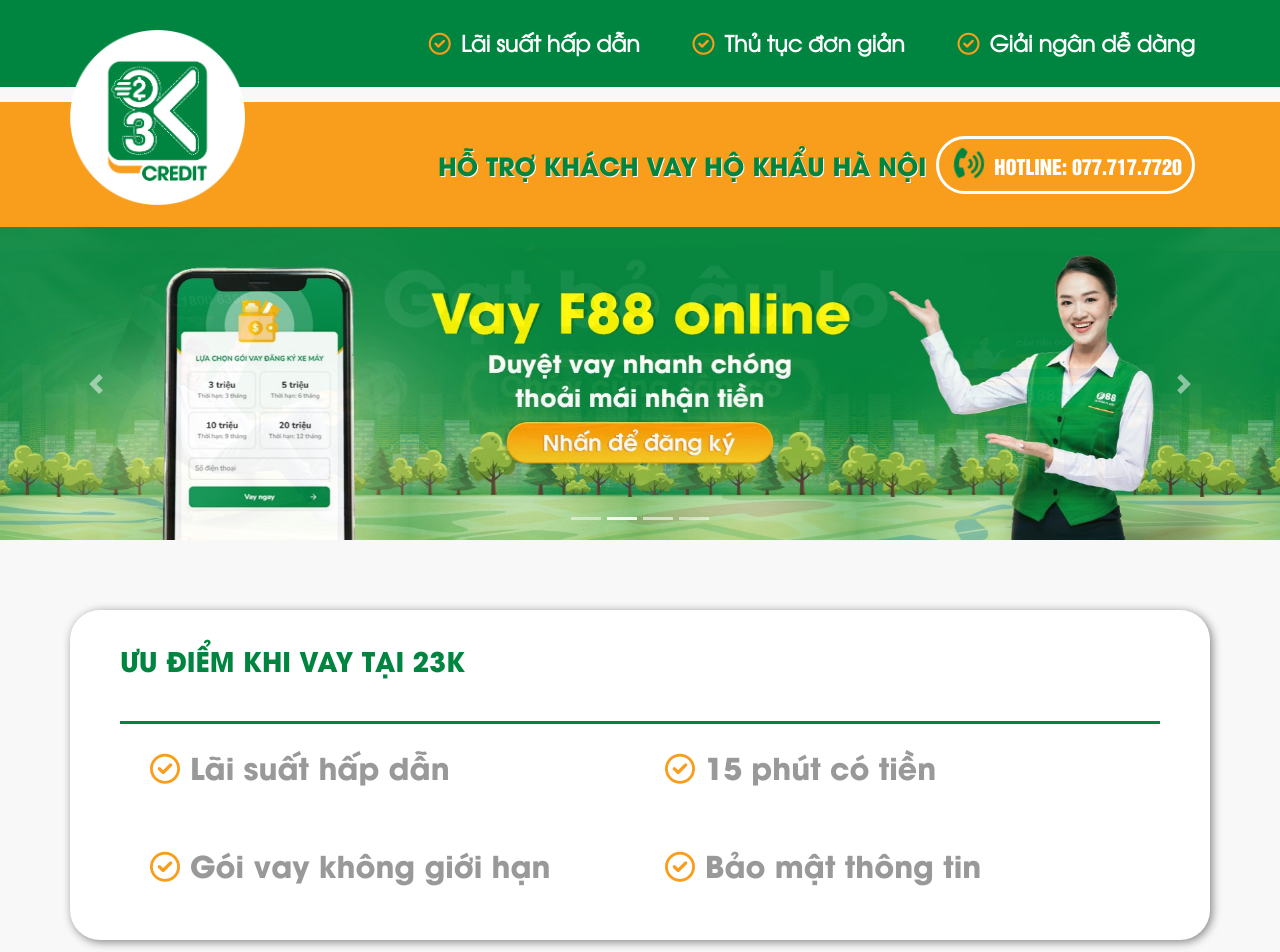
Repository: anhtu2110/23k.vn
Page: theme/index.html
These files come from the project's save history. The page is drawn as it stood at one moment and after the next save; the edit follows.
The browser window is 1280 px wide. The pictures show the part of the page from y = 0 to 952 px (the page is 1984 px tall).
A picture or video elsewhere on the page could not be fetched, so the positions and the page height are approximate.

Above is the page before, as saved 2022-12-29 21:33:19.

### theme/index.html
<!DOCTYPE html>
<html lang="en">

<head>
    <meta charset="UTF-8">
    <meta http-equiv="X-UA-Compatible" content="IE=edge">
    <meta name="viewport" content="width=device-width, initial-scale=1.0">
    <link rel="icon" type="image/x-icon" href="./public/images/footer_logo.png">
    <link rel="stylesheet" href="public/css/bootstrap/bootstrap-theme.css" type="text/css" />
    <link rel="stylesheet" href="public/css/bootstrap/bootstrap.css" type="text/css" />
    <link rel="stylesheet" href="public/reset.css" type="text/css" />
    <link rel="stylesheet" href="public/css/font-awesome/css/font-awesome.min.css">
    <link rel="stylesheet" href="https://cdnjs.cloudflare.com/ajax/libs/font-awesome/6.2.1/css/all.min.css">
    <link rel="stylesheet" href="public/style.css" type="text/css" />
    <link rel="stylesheet" href="public/responsive.css" type="text/css" />
    <title>23K</title>

    <script src="public/js/jquery-3.6.1.min.js"></script>
    <script src="public/js/bootstrap/bootstrap.min.js"></script>
    <script src="public/js/main.js"></script>
</head>

<body>
    <!-- test  -->
    <div id="wrapper">
        <div id="header">
            <div class="header-top">
                <div class="container">
                    <div class="logo">
                        <a href="" class="logo">
                            <img src="./public/images/LOGO.png" alt="">
                        </a>
                    </div>
                    <ul class="benefit">
                        <li class="benefit-item">Lãi suất hấp dẫn</li>
                        <li class="benefit-item">Thủ tục đơn giản </li>
                        <li class="benefit-item">Giải ngân dễ dàng</li>
                    </ul>
                </div>
            </div>
            <div class="header-bottom">
                <div class="container">
                    <span class="content text-uppercase">Hỗ trợ khách vay hộ khẩu hà nội</span>
                    <a href="tel:0777177720" class="hotline text-decoration-none">
                        <span class="icon-phone"><i class="fa-solid fa-phone-volume animation-phone"></i></span>
                        <span>Hotline: 077.717.7720</span>
                    </a>
                </div>
            </div>
        </div>
        <!-- END HEADER  -->
        <style>
            #banner img {
                max-width: 100%;
                height: auto;
            }
        </style>
        <div id="wp-content">
            <section class="home-banner">
                <div id="banner" class="banner carousel slide carousel-fade" data-ride="carousel">
                    <ol class="carousel-indicators">
                        <li data-target="#banner" class="active" data-slide-to="0"></li>
                        <li data-target="#banner" data-slide-to="1"></li>
                        <li data-target="#banner" data-slide-to="2"></li>
                        <li data-target="#banner" data-slide-to="3"></li>
                    </ol>
                    <div class="carousel-inner">
                        <div class="carousel-item active" data-interval="2500">
                            <a href="">
                                <img class="desktop" src="./public/images/20220511164418256-1920 x 470.jpg" alt="">
                            </a>
                        </div>
                        <div class="carousel-item" data-interval="2500">
                            <a href="">
                                <img class="desktop" src="./public/images/20221012100205330-f88 vay tiền destop.png"
                                    alt="">
                            </a>
                        </div>
                        <div class="carousel-item" data-interval="2500">
                            <a href="">
                                <img class="desktop"
                                    src="./public/images/20221118174037871-destop wc vay tiền tại f88.jpg" alt="">
                            </a>
                        </div>
                        <div class="carousel-item" data-interval="2500">
                            <a href="">
                                <img class="desktop" src="./public/images/slider_4.jpg" alt="">
                            </a>
                        </div>
                    </div>
                    <a href="#banner" class="carousel-control-prev" data-slide="prev">
                        <span class="carousel-control-prev-icon"></span>
                    </a>
                    <a href="#banner" class="carousel-control-next" data-slide="next">
                        <span class="carousel-control-next-icon"></span>
                    </a>
                </div>
            </section>
            <!-- END HOME-BANNER  -->
            <div id="advantages" class="container box">
                <div class="head-box">
                    <div class="row">
                        <div class="col-md-12">
                            <p class="title">Ưu điểm khi vay tại 23k</p>
                        </div>
                    </div>
                </div>
                <div class="list-advantage">
                    <div class="row justify-content-center">
                        <div class="col-md-6 col-12">
                            <p class="advantage">Lãi suất hấp dẫn</p>
                        </div>
                        <div class="col-md-6 col-12">
                            <p class="advantage">15 phút có tiền</p>
                        </div>
                        <div class="col-md-6 col-12">
                            <p class="advantage">Gói vay không giới hạn</p>
                        </div>
                        <div class="col-md-6 col-12">
                            <p class="advantage">Bảo mật thông tin</p>
                        </div>
                    </div>
                </div>
            </div>
            <!-- END ADVANTAGES  -->
            <div id="should-choose" class="container box">
                <div class="head-box">
                    <div class="row">
                        <div class="col-md-12">
                            <p class="title">Bạn nên chọn 23k</p>
                        </div>
                    </div>
                </div>
                <ul class="list-reason">
                    <li class="reason-item">
                        <a href=""><img src="./public/images/thu_tuc.png" alt=""></a>
                        <p>Thủ tục đơn giản chỉ cần CCCD & sổ hộ khẩu Hà Nội</p>
                    </li>
                    <li class="reason-item">
                        <a href=""><img src="./public/images/tham_dinh.png" alt=""></a>
                        <p>
                            Thẩm định nhanh chóng linh hoạt
                        </p>
                    </li>
                    <li class="reason-item">
                        <a href=""><img src="./public/images//lai_suat.png" alt=""></a>
                        <p>Lãi suất ưu đãi nhất Hà Nội</p>
                    </li>
                    <li class="reason-item">
                        <a href=""><img src="./public/images/tu_van.png" alt=""></a>
                        <p>Đăng ký tư vấn online dễ dàng</p>
                    </li>
                    <li class="reason-item">
                        <a href=""><img src="./public/images/bao_mat.png" alt=""></a>
                        <p>Bảo mật thông tin khách hàng</p>
                    </li>
                </ul>
            </div>
        </div>
        <!-- END WP-CONTENT  -->
        <div id="footer">
            <div id="footer-top">
                <div class="container">
                    <div class="row">
                        <div class="footer-top-content col-12">
                            <span class="footer-thank">Trân trọng cảm ơn quý khách !</span>
                            <a href="tel:0777177720" class="hotline text-decoration-none">
                                <span class="icon-phone"><i class="fa-solid fa-phone-volume animation-phone"></i></span>
                                <span>Hotline: 077.717.7720</span>
                            </a>
                        </div>
                    </div>
                </div>
            </div>
            <!-- END FOOTER-TOP  -->
            <div id="footer-bottom">
                <div class="container">
                    <div class="row no-gutters">
                        <div class="footer-logo col-md-4">
                            <a href="" class="logo">
                                <img src="./public/images/footer_logo.png" alt="">
                            </a>
                        </div>
                        <div class="footer-info-contact">
                            <p>Thông tin liên hệ</p>
                            <ul class="list-info-contact">
                                <li class="info-contact-item"><a href=""><i class="fa-solid fa-location-dot"></i>252 Đ.
                                        Lạc Long
                                        Quân, Bưởi, Cầu Giấy, Hà Nội, Việt Nam</a></li>
                                <li class="info-contact-item"><a href=""><i class="fa-solid fa-phone"></i>HOTLINE:
                                        0777.170.720</a></li>
                                <li class="info-contact-item"><a href=""><i
                                            class="fa-brands fa-square-facebook"></i>www.facebook.com/groups/taichinh23k</a>
                                </li>
                            </ul>
                        </div>
                    </div>
                </div>
            </div>
            <div class="container">
                <div class="row">
                    <div class="col-md-4">xin chaof</div>
                    <div class="col-md-4">xin chaof</div>
                    <div class="col-md-4">xin chào</div>
                </div>
            </div>

            <!-- END FOOTER-BOTTOM  -->
        </div>
        <!-- END FOOTER  -->
    </div>
</body>

</html>

### theme/public/style.css
@import '../public/css/import/fonts.css';
@import '../public/css/import/global.css';
@import '../public/css/import/header.css';
@import '../public/css/import/footer.css';
@import '../public/css/import/register.css';

### theme/public/responsive.css
@media (max-width: 1199px) {
    html {
        font-size: 5.333px;
        /* font-size: 8px; */
    }
}

@media (max-width: 767px) {
    html {
        font-size: 10px;
    }
}

### theme/public/css/import/fonts.css
@font-face {
    font-family: 'Leelawadee UI Bold';
    src: url('../../font/leelawdb.ttf');
}

@font-face {
    font-family: 'Montserrat-SemiBold';
    src: url('../../font/Montserrat-SemiBold.ttf');
}

@font-face {
    font-family: 'UTM Avo';
    src: url('../../font/UTM\ Avo.ttf');
}

@font-face {
    font-family: 'UTM AvoBold_Italic';
    src: url('../../font/UTM\ AvoBold_Italic.ttf');
}

@font-face {
    font-family: 'UTM AvoBold';
    src: url('../../font/UTM\ AvoBold.ttf');
}

@font-face {
    font-family: 'UTM AvoItalic';
    src: url('../../font/UTM\ AvoItalic.ttf');
}

@font-face {
    font-family: 'UTM HelvetIns';
    src: url('../../font/UTM\ HelvetIns.ttf');
}

### theme/public/css/import/global.css
:root {
    --bg-page: #F8F8F8;
    --bg-green: #008541;
    --bg-white: #FFFFFF;
    --bg-orange: #F99D1C;
    --bg-gray: #666666;
}

a {
    text-decoration: none !important;
}

ul {
    padding: 0;
    margin: 0;
}

html {
    font-size: 62.5%;
}

body {
    background-color: var(--bg-page);
}

.head-box {
    padding-bottom: 3rem;
    padding-top: 1rem;
    border-bottom: 3px solid var(--bg-green);
}

p.title {
    font-size: 2.7rem;
    font-family: 'UTM AvoBold';
    color: var(--bg-green);
    text-transform: uppercase;
}

.box {
    background-color: var(--bg-white);
    padding: 2rem 5rem;
    box-shadow: 2px 2px 10px gray;
    border-radius: 3rem;
    z-index: 1;
}

a.hotline {
    display: inline-block;
    font-size: 2rem;
    font-family: 'UTM HelvetIns';
    text-transform: uppercase;
    color: var(--bg-white);
    padding: 1rem 1rem;
    border: 0.3rem solid var(--bg-white);
    border-radius: 100rem;
    margin-left: 1rem;
    overflow: hidden;
}

a.hotline span.icon-phone i {
    font-size: 3rem;
    color: var(--bg-green);
    padding-inline: 0.5rem;
}

.animation-phone {
    animation-name: trin;
    animation-duration: 1.5s;
    animation-iteration-count: infinite;
    animation-timing-function: linear;
}

@keyframes trin {

    from {
        transform: rotate3d(0, 0, 1, 0deg);
    }

    20%,
    32%,
    44%,
    56%,
    68% {
        transform: rotate3d(0, 0, 1, 0deg);
    }

    23%,
    35%,
    47%,
    59%,
    71% {
        transform: rotate3d(0, 0, 1, 15deg);
    }

    26%,
    38%,
    50%,
    62%,
    74% {
        transform: rotate3d(0, 0, 1, 0deg);
    }

    29%,
    41%,
    53%,
    65%,
    77% {
        transform: rotate3d(0, 0, 1, -15deg);
    }

    80% {
        transform: rotate3d(0, 0, 1, 0deg);
    }

}

### theme/public/css/import/header.css
.header-top {
    background-color: var(--bg-green);
    margin-bottom: 1.5rem;
}

.header-top .container {
    position: relative;
    display: flex;
    justify-content: flex-end;
}

#header .logo {
    position: absolute;
    top: 1.5rem;
    left: 0;
    border-radius: 10rem;
}

#header .logo a.logo img {
    width: 17.5rem;
    height: auto;
}

ul.benefit li.benefit-item {
    display: inline-block;
    font-size: 2.2rem;
    color: red;
    font-family: 'UTM Avo';
    font-weight: 600;
    color: var(--bg-white);
    padding: 2.6rem 2rem;
}

ul.benefit li.benefit-item:last-child {
    padding-right: 0;
}

ul.benefit li.benefit-item::before {
    display: inline-block;
    content: '\f058';
    font-family: "Font Awesome 6 Free";
    -webkit-font-smoothing: antialiased;
    font-weight: normal;
    color: #F99D1C;
    padding-inline: 1rem;
}

/* ul.benefit li.benefit-item i {
    display: inline-block;
    padding-inline: 1rem;
    color: #F99D1C;
} */

/* END HEADER TOP  */
.header-bottom {
    height: 12.5rem;
    background-color: var(--bg-orange);
    display: flex;
    align-items: center;
}

.header-bottom .container {
    display: flex;
    align-items: center;
    /* justify-content: end; */
    justify-content: right;
}

.header-bottom .content {
    font-size: 2.5rem;
    font-family: 'UTM AvoBold';
    color: var(--bg-green);
    text-shadow: 1px 1px var(--bg-white);
    /* flex-basis: 50%; */
    width: fit-content;
}

### theme/public/css/import/footer.css
#footer #footer-top {
    background-color: var(--bg-green);
    padding-block: 3rem;
}

#footer #footer-top .footer-top-content {
    display: flex;
    justify-content: space-between;
}

#footer #footer-top .footer-top-content span.footer-thank {
    font-size: 3.8rem;
    color: var(--bg-white);
    font-family: 'UTM AvoBold';
    text-transform: uppercase;
    margin-left: -1.5rem;
}

#footer #footer-top .footer-top-content a.hotline {
    /* border: none; */
    background-color: var(--bg-orange);
    margin-right: -1.5rem;
}

/* END FOOTER-TOP  */
#footer #footer-bottom .footer-logo a.logo img {
    display: block;
    max-width: 18rem;
    height: auto;
}

#footer #footer-bottom {
    padding-block: 4rem;
}

.footer-info-contact {
    font-size: 2.6rem;
    color: var(--bg-gray);
}

.footer-info-contact p {
    padding-block: 1rem;
    border-bottom: 0.2rem solid var(--bg-green);
}

ul.list-info-contact {
    list-style: none;
    padding: 0;
    margin: 0;
}

ul.list-info-contact li a {
    color: var(--bg-gray);
}

ul.list-info-contact i {
    display: inline-block;
    width: 3rem;
    height: auto;
}

### theme/public/css/import/register.css
#wp-content {
    margin-bottom: 8rem;
}

#advantages {
    margin-block: 7rem;
}

#advantages .list-advantage {
    margin-inline: 2rem;
}

#advantages p.advantage {
    font-size: 3rem;
    color: #999999;
    font-family: 'UTM AvoBold';
    padding-block: 2rem;
}

#advantages p.advantage::before {
    display: inline-block;
    content: '\f058';
    font-family: "Font Awesome 6 Free";
    -webkit-font-smoothing: antialiased;
    font-weight: normal;
    color: var(--bg-orange);
    padding-inline: 1rem;
}

/* END ADVANTAGE  */
#should-choose ul.list-reason {
    list-style: none;
    padding: 0;
    margin: 0;
    display: flex;
    align-items: center;
    text-align: center;
}

#should-choose ul.list-reason li.reason-item {
    flex-basis: 20%;
    padding: 2rem;
}

#should-choose ul.list-reason li a {
    display: block;
    width: 100%;
    height: 16rem;
}

#should-choose ul.list-reason li a img {
    display: inline-block;
    width: 15rem;
    height: auto;
}

#should-choose ul.list-reason li.reason-item p {
    font-size: 2rem;
    font-family: "UTM Avo";
    color: #808080;
}

Loaded but not shown: theme/public/css/bootstrap/bootstrap-theme.css (library); theme/public/css/bootstrap/bootstrap.css (library); theme/public/reset.css (common file); theme/public/css/font-awesome/css/font-awesome.min.css (library); theme/public/js/jquery-3.6.1.min.js (library); theme/public/js/bootstrap/bootstrap.min.js (library); theme/public/js/main.js (no copy from this time; the picture is the same without it)

After the next save:
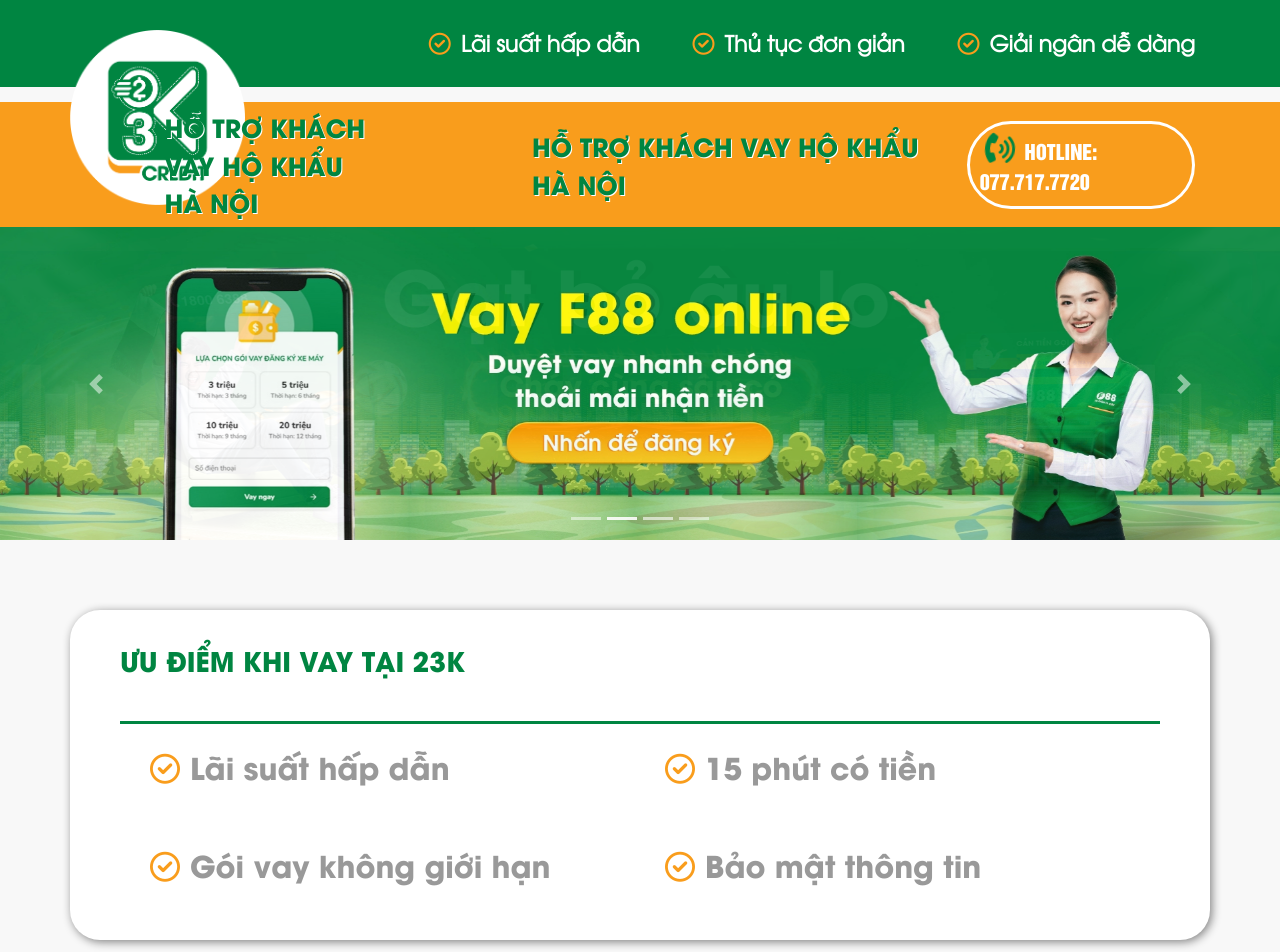
Saved 74 s later.
--- a/theme/index.html
+++ b/theme/index.html
@@ -40,6 +40,12 @@
             </div>
             <div class="header-bottom">
                 <div class="container">
+                    <div class="row">
+                        <div class="col-md-2"></div>
+                        <div class="col-md-6">
+                            <span class="content text-uppercase">Hỗ trợ khách vay hộ khẩu hà nội</span>
+                        </div>
+                    </div>
                     <span class="content text-uppercase">Hỗ trợ khách vay hộ khẩu hà nội</span>
                     <a href="tel:0777177720" class="hotline text-decoration-none">
                         <span class="icon-phone"><i class="fa-solid fa-phone-volume animation-phone"></i></span>
